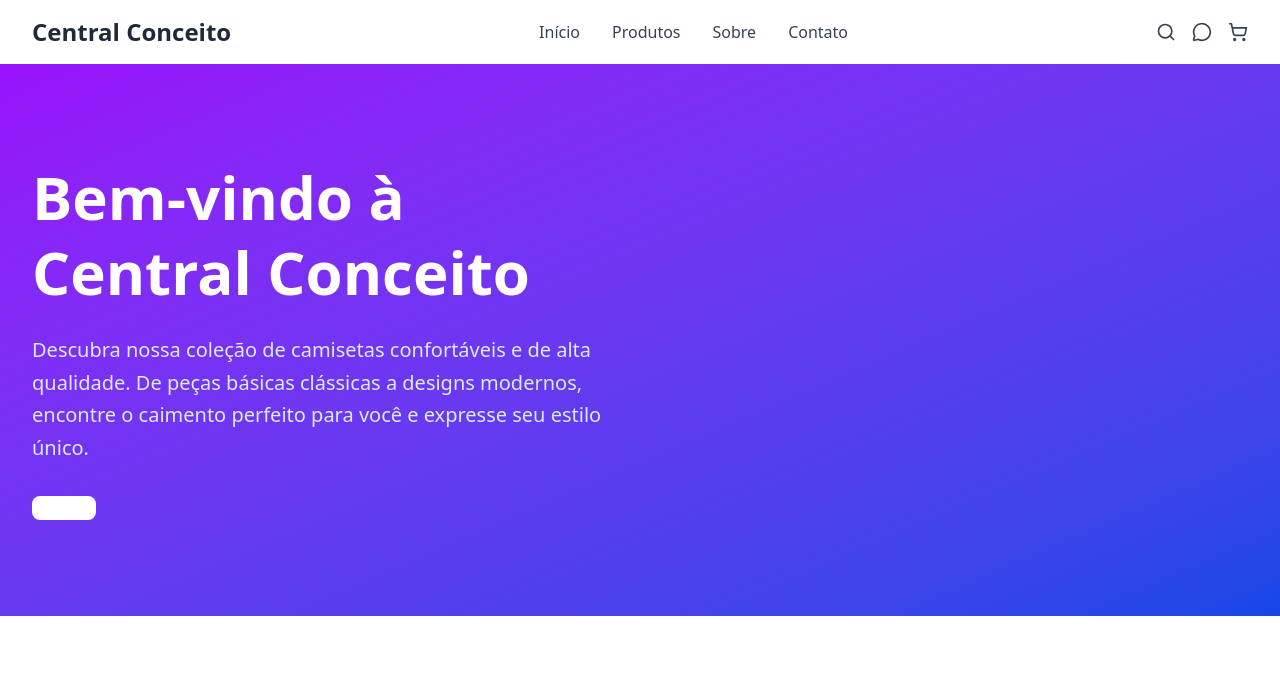
Repository: estevam02009/jh-softwares
Page: /
The author's editor kept a copy of each file at every save. The page is drawn from the files as they stood at one save, then again after the next save.
The browser window is 1280 px wide. The pictures show the whole page.
The project was rebuilt for these pictures with package versions that can differ from the ones it lists, and the page was loaded fresh each time. Also part of the build but not shown: vite.config.ts.

Above is the page before, as saved 2025-08-03 09:28:59.

### src/App.tsx
import React, { useState } from "react"
import { Header } from "./components/Header"
import { Hero } from "./components/Hero"

function App() {

  // const [cartItems, setCartItems] = useState<CartItem[]>([])
  const [isCartOpen, setIsCartOpen] = useState(false)

  return (
    <div className="min-h-screen bg-white">
      <Header
        cartItemsCount={0}
        onCartClick={() => setIsCartOpen(true)}
      />

      <Hero />
    </div>
  )
}

export default App

### src/components/Header.tsx
import React from "react";
import { ShoppingCart, MessageCircle, Search } from "lucide-react";
import { getWhatsAppSupportUrl } from "../utils/whatsapp";

interface HeaderProps {
    cartItemsCount: number;
    onCartClick: () => void;
}

export const Header: React.FC<HeaderProps> = ({ cartItemsCount, onCartClick }) => {
    return (
        <header className="bg-white shadow-sm sticky top0 z-0">
            <div className="min-w-7xl mx-auto px-4 sm:px-6 lg:px-8">
                <div className="flex items-center justify-between h-16">
                    {/* LOGO */}
                    <div className="flex-shrink-0">
                        <h1 className="text-2xl font-bold text-gray-800">Central Conceito</h1>
                    </div>

                    {/* NAVIGATION */}
                    <nav className="hidden md:flex space-x-8">
                        <a href="#home" className="text-gray-700 hover:text-purple-600">Início</a>
                        <a href="#products" className="text-gray-700 hover:text-purple-600">Produtos</a>
                        <a href="#about" className="text-gray-700 hover:text-purple-600">Sobre</a>
                        <a href="#contact" className="text-gray-700 hover:text-purple-600">Contato</a>
                    </nav>

                    {/* Actions */}
                    <div className="flex items-center space-x-4">
                        <button className="text-gray-700 hover:text-purple-600">
                            <Search className="w-5 h-5" />
                        </button>

                        <a
                            href={getWhatsAppSupportUrl()}
                            target="_blank"
                            rel="noopener noreferrer"
                            className="text-gray-700 hover:text-green-600 transition-colors"
                            title="Suporte WhatsApp"
                        >
                            <MessageCircle className="w-5 h-5" />
                        </a>

                        <button
                            onClick={onCartClick}
                            className="relative text-gray-700 hover:text-purple-600 transition-colors"
                        >
                            <ShoppingCart className="w-5 h-5" />
                            {cartItemsCount > 0 && (
                                <span className="absolute -top-2 -right-2 bg-red-500 text-white text-xs rounded-full w-5 h-5 flex items-center justify-center">
                                    {cartItemsCount}
                                </span>
                            )}
                        </button>
                    </div>
                </div>
            </div>
        </header>
    )
}

### src/components/Hero.tsx
import React from "react";
import { ArrowRight } from "lucide-react";

export const Hero: React.FC = () => {

    const scrollToProducts = () => {
        document.getElementById("products")?.scrollIntoView({
            behavior: "smooth"
        })
    }

    return (
        <section id="home" className="relative bg-gradient-to-br from-purple-600 to-blue-700 text-white">
            <div className="max-w-7xl mx-auto px-4 sm:px-6 lg:px-8 py-24">
                <div className="grid grid-cols-1 lg:grid-cols-2 gap-12 items-center">
                    <div>
                        <h1 className="text-4xl sm:text-5xl lg:text-6xl font-bold leading-tight mb-6">Bem-vindo à Central Conceito</h1>
                        <p className="text-xl mb-8 text-blue-100 leading-relaxed">
                            Descubra nossa coleção de camisetas confortáveis e de alta qualidade. De peças básicas clássicas a designs modernos,
                            encontre o caimento perfeito para você e expresse seu estilo único.
                        </p>

                        <div className="flex flex-col sm:flex-row gap-4">
                            <button
                                onClick={scrollToProducts}
                                className="bg-white text-purple-600 px-8 py-3 rounded-lg font-semibold hover:bg-gray-100 transition-colors flex items-center justify-center group"
                            ></button>
                        </div>
                    </div>
                </div>
            </div>
        </section>
    )
}

### src/utils/whatsapp.ts
export const formatWhatsAppOrder = (items: any[], customerInfo?: any) => {
    const businessPhone = '+5584996643325'; // Replace with your business WhatsApp number

    let message = '🛍️ *Novo pedido*\n\n';

    items.forEach((item, index) => {
        message += `${index + 1}. *${item.product.name}*\n`;
        message += `   Size: ${item.size}\n`;
        message += `   Color: ${item.color}\n`;
        message += `   Quantity: ${item.quantity}\n`;
        message += `   Price: R$${item.product.price} each\n\n`;
    });

    const total = items.reduce((sum, item) => sum + (item.product.price * item.quantity), 0);
    message += `💰 *Total: R$${total.toFixed(2)}*\n\n`;
    message += '📞 Por favor, confirme este pedido e entraremos em contato com você com os detalhes de pagamento e entrega!';

    return `https://wa.me/${businessPhone}?text=${encodeURIComponent(message)}`;
};

export const getWhatsAppSupportUrl = () => {
    const businessPhone = '+5584996643325'; // Replace with your business WhatsApp number
    const message = '👋 Olá! Tenho uma pergunta sobre este produto. Você poderia me ajudar?';

    return `https://wa.me/${businessPhone}?text=${encodeURIComponent(message)}`;
};

Loaded but not shown: index.html (common file); src/main.tsx (common file); src/index.css (common file)

After the next save:
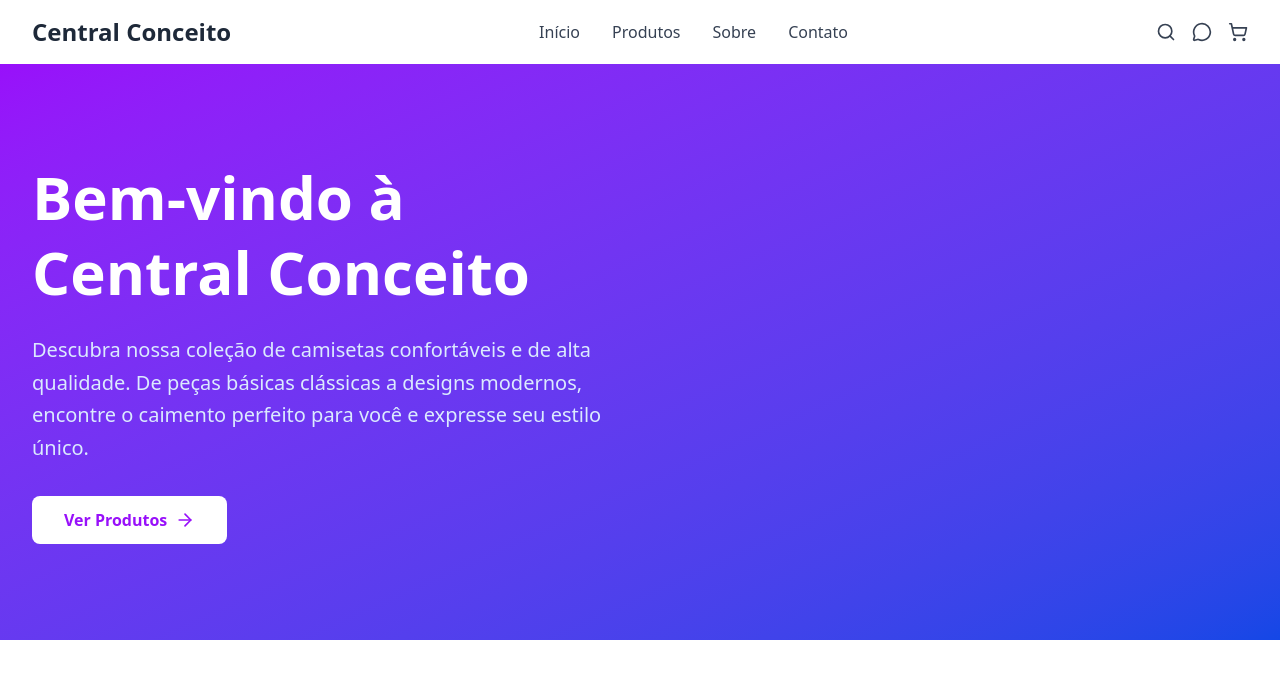
Saved 73 s later.
--- a/src/components/Hero.tsx
+++ b/src/components/Hero.tsx
@@ -24,7 +24,10 @@
                             <button
                                 onClick={scrollToProducts}
                                 className="bg-white text-purple-600 px-8 py-3 rounded-lg font-semibold hover:bg-gray-100 transition-colors flex items-center justify-center group"
-                            ></button>
+                            >
+                                Ver Produtos
+                                <ArrowRight className="w-5 h-5 ml-2 group-hover:translate-x-1 transition-transform" />
+                            </button>
                         </div>
                     </div>
                 </div>
